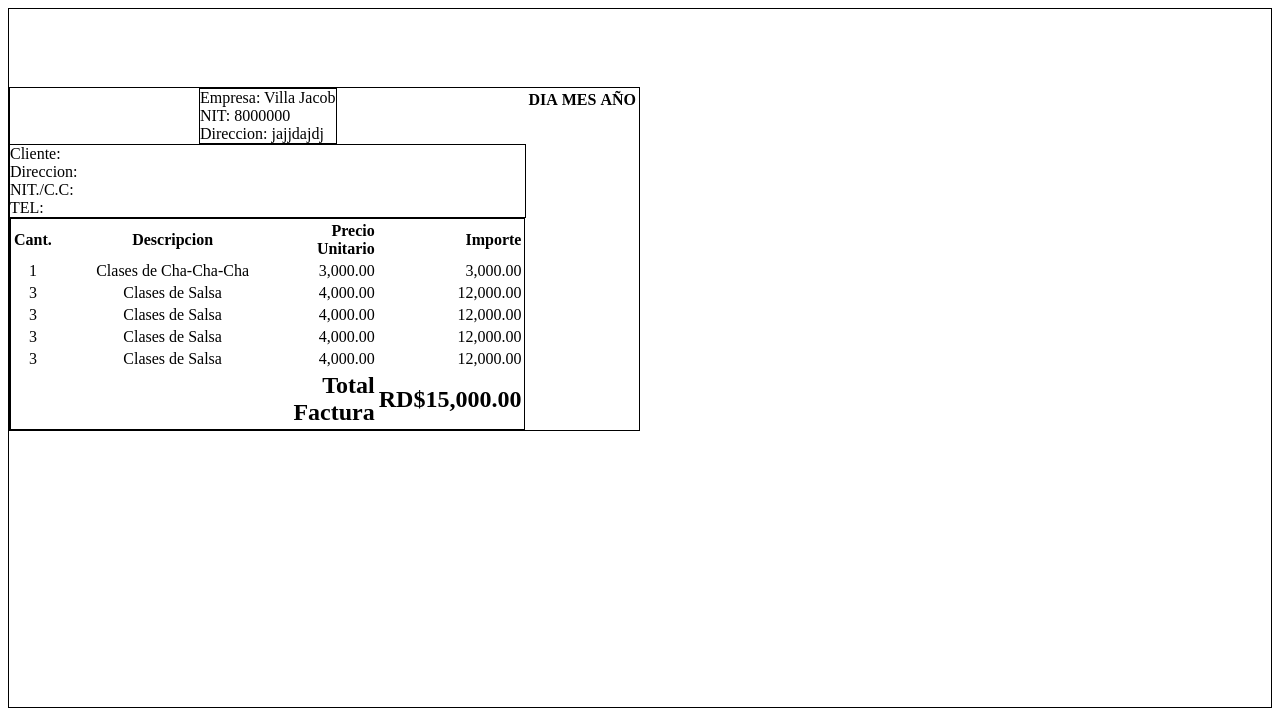
Repository: MrVanQish/FacturaEstructura
Page: index.html
These files come from the project's save history. The page is drawn as it stood at one moment and after a run of saves; the edit follows.
The browser window is 1280 px wide. The pictures show the whole page.

Above is the page before, as saved 2021-09-29 11:07:37.

After the next 9 saves:
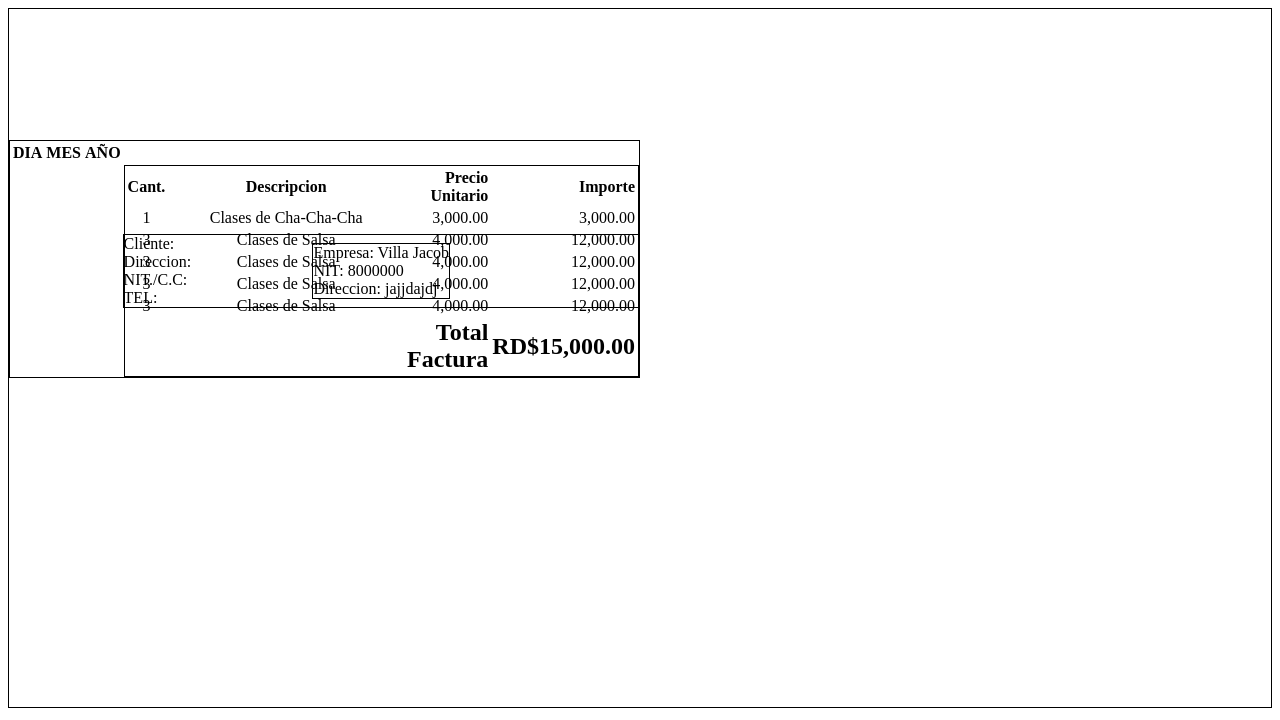
The 9 saves are shown as one change because they came seconds apart.
The last was saved 21 s later.
--- a/styles.css
+++ b/styles.css
@@ -50,8 +50,8 @@
     grid-template-rows: auto auto auto;
     grid-template-areas:
       "infoEmpresa-f fecha-f"
-      "infoCliente-f x"
-      "items-f x"
+      "infoCliente-f"
+      "items-f"
   }
 
 
